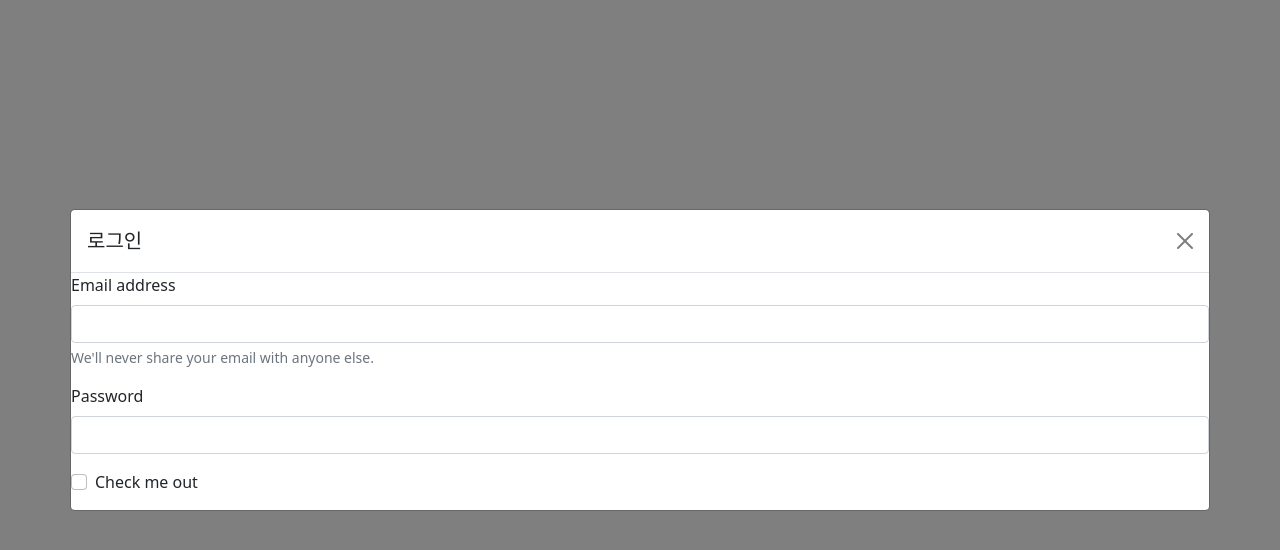
Repository: hyunha95/selfStudy
Page: http://localhost/spring-board/WEB-INF/views/member/login.jsp
The author's editor kept a copy of each file at every save. The page is drawn from the files as they stood at one save, then again after the next save.
The browser window is 1280 px wide. The pictures show the whole page.
The page is served by Tomcat 9. Nobody is signed in. The template is opened directly, without the code that normally fills it, so the values that code supplies are empty.

Above is the page before, as saved 2022-01-15 07:31:38.

After the next save:
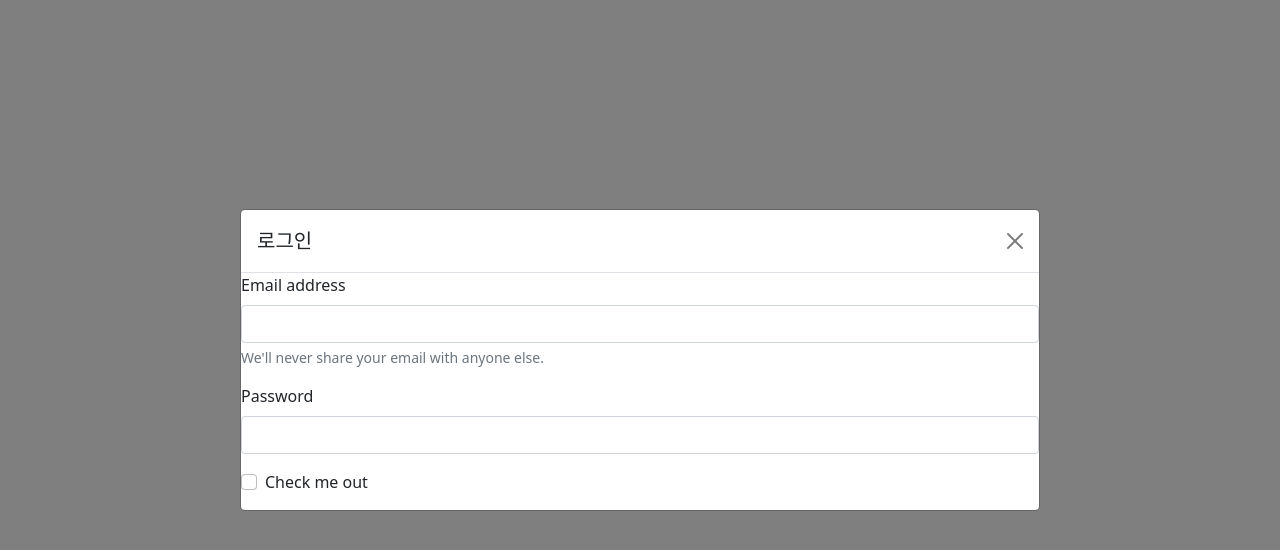
Saved 28 s later.
--- a/spring_workspace/spring-board/src/main/webapp/WEB-INF/views/member/login.jsp
+++ b/spring_workspace/spring-board/src/main/webapp/WEB-INF/views/member/login.jsp
@@ -25,14 +25,14 @@ $(() => {
 <body>
 	<!-- Modal 시작 -->
 	<div class="modal fade" id="loginModal" data-bs-backdrop="static" data-bs-keyboard="false" tabindex="-1" aria-labelledby="staticBackdropLabel" aria-hidden="true">
-	  <div class="modal-dialog modal-dialog-centered modal-xl">
+	  <div class="modal-dialog modal-dialog-centered modal-lg">
 	    <div class="modal-content">
 	      <div class="modal-header">
 	        <h5 class="modal-title" id="staticBackdropLabel">로그인</h5>
 	        <button type="button" class="btn-close" data-bs-dismiss="modal" aria-label="Close"></button>
 	      </div>
 	      <form:form>
-	        <div class="mb-3 ml-5">
+	        <div class="mb-3">
 			    <label for="exampleInputEmail1" class="form-label">Email address</label>
 			    <input type="email" class="form-control" id="exampleInputEmail1" aria-describedby="emailHelp">
 			    <div id="emailHelp" class="form-text">We'll never share your email with anyone else.</div>
